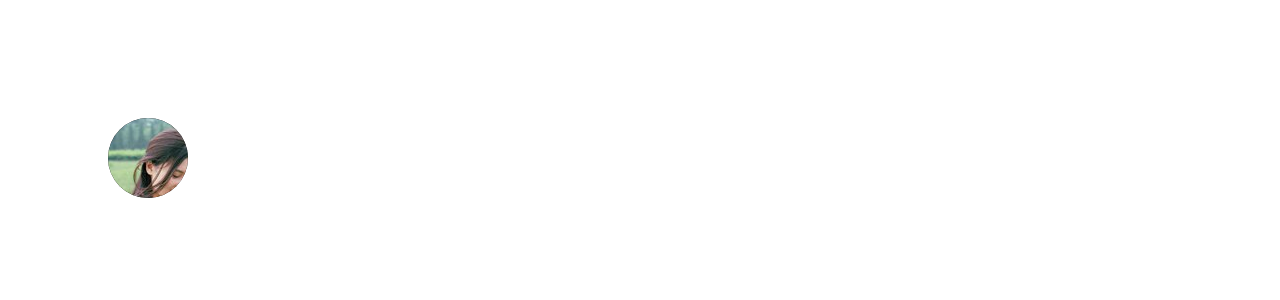
Repository: BlueLionycb/study-demo
Page: canvas-demo/src/index16.html
The author's editor kept a copy of each file at every save. The page is drawn from the files as they stood at one save, then again after the next save.
The browser window is 1280 px wide. The pictures show the whole page.

Above is the page before, as saved 2020-01-26 23:28:51.

After the next save:
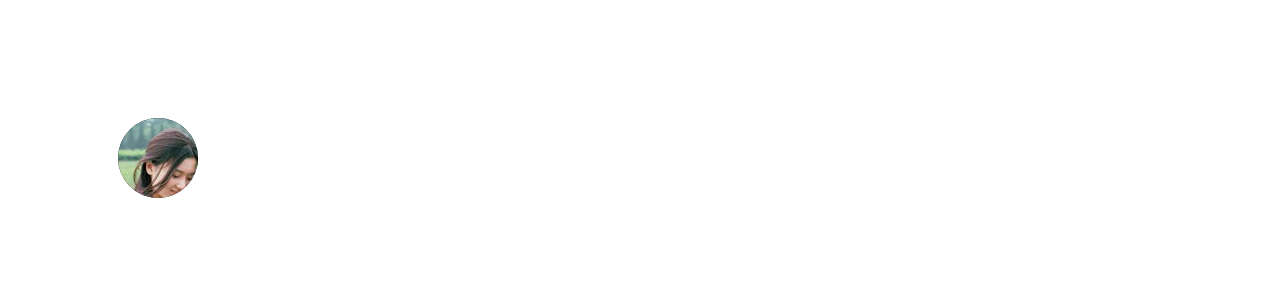
Saved 5 s later.
--- a/canvas-demo/src/index16.html
+++ b/canvas-demo/src/index16.html
@@ -21,7 +21,7 @@
 
             img.onload = function(){
                 ctx.beginPath();
-                ctx.arc(140,150,40,0,Math.PI*2)
+                ctx.arc(150,150,40,0,Math.PI*2)
                 ctx.fill()
                 ctx.clip()
                 ctx.drawImage(this,70,100)
